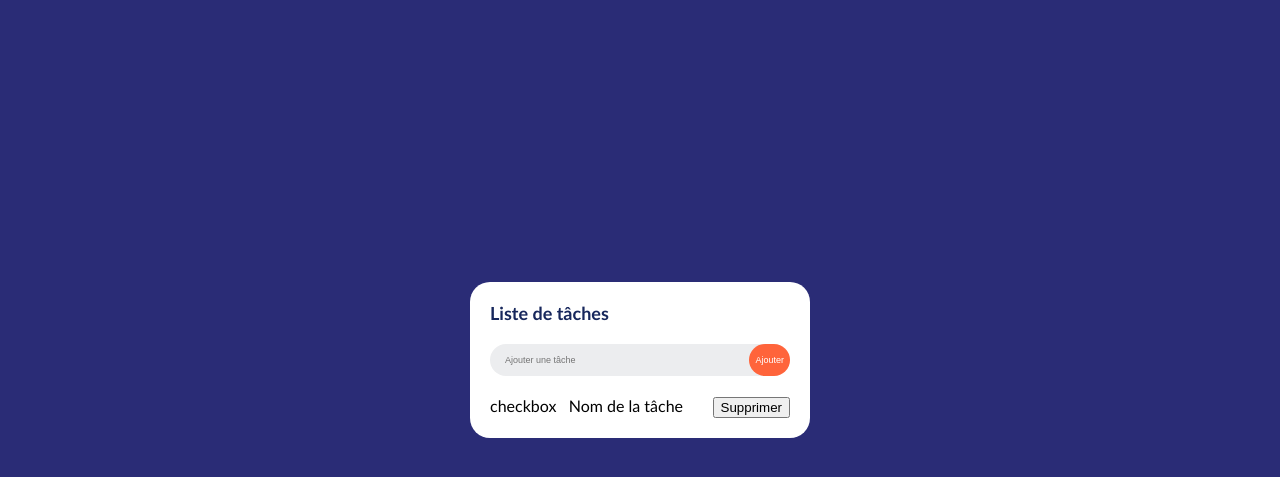
Repository: ndiemenguer/convertisseur
Page: / (app in todo-isep/)
An editor plug-in stored every save of this project. The page is shown before and after the next save, followed by the edit.
The browser window is 1280 px wide. The pictures show the whole page.
The project was rebuilt for these pictures with package versions that can differ from the ones it lists, and the page was loaded fresh each time. Also part of the build but not shown: todo-isep/vite.config.js, todo-isep/src/Application.jsx, todo-isep/src/index.css.

Above is the page before, as saved 2023-05-06 12:31:39.

After the next save:
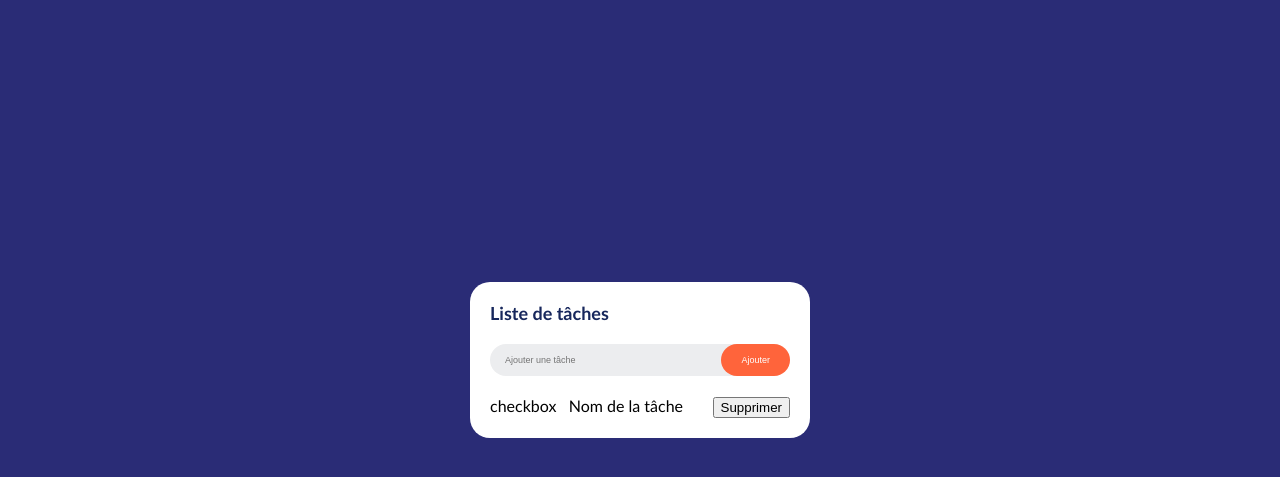
Saved 21 s later.
--- a/todo-isep/src/App.css
+++ b/todo-isep/src/App.css
@@ -62,4 +62,6 @@ body {
   color: white;
   font-size: 9px;
   background-color: #ff643b;
+  padding-left: 20px;
+  padding-right: 20px;
 }
